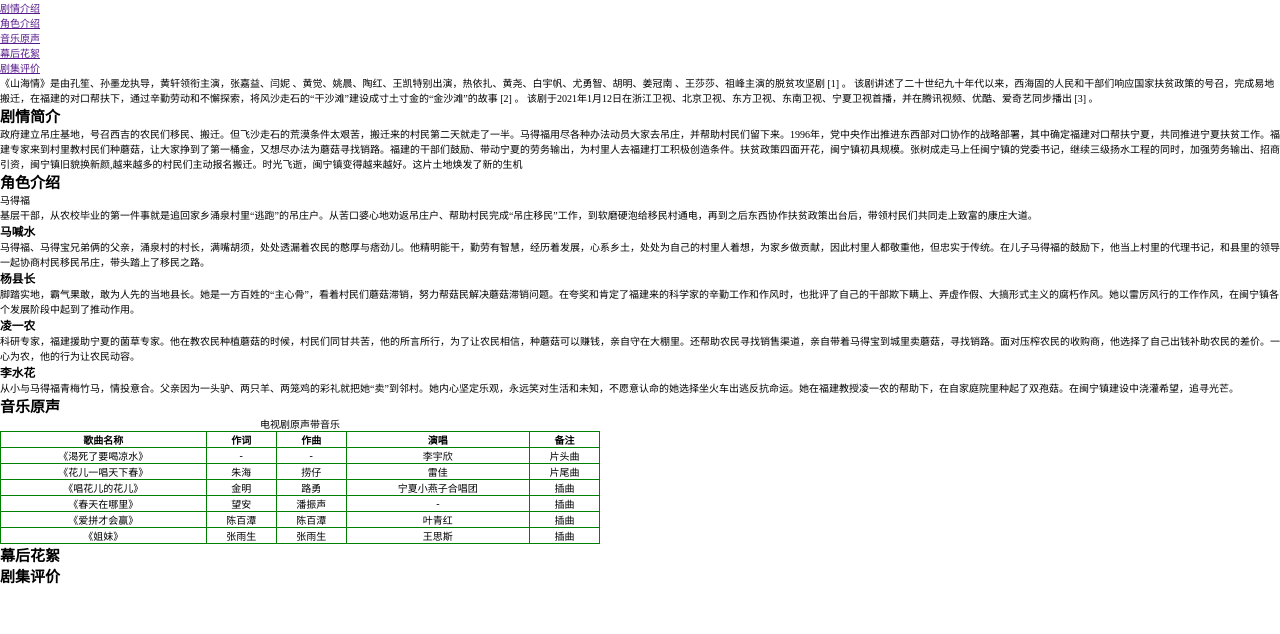
Repository: Lixianlai-2/static-website
Page: index.html
The author's editor kept a copy of each file at every save. The page is drawn from the files as they stood at one save, then again after the next save.
The browser window is 1280 px wide. The pictures show the whole page.

Above is the page before, as saved 2021-11-30 20:05:15.

### index.html
<!DOCTYPE html>
<html lang="zh-CN">
  <head>
    <meta charset="UTF-8" />
    <meta http-equiv="X-UA-Compatible" content="IE=edge" />
    <meta
      name="viewport"
      content="width=device-width, initial-scale=1.0"
      content="ie=edge"
    />
    <title>山海情</title>

    <style>
      * {
        margin: 0;
        padding: 0;
        box-sizing: border-box;
      }

      body {
        font-size: 10px;
      }

      img {
        max-width: 100%;
      }

      table {
        text-align: center;
        max-width: 100%;
        width: 600px;
        table-layout: auto;
        border-collapse: collapse;
        border-spacing: 0;
      }

      th,
      td {
        border: 1px solid green;
      }
    </style>
  </head>
  <body>
    <nav>
      <ol>
        <li><a href="">剧情介绍</a></li>
        <li><a href="">角色介绍</a></li>
        <li><a href="">音乐原声</a></li>
        <li><a href="">幕后花絮</a></li>
        <li><a href="">剧集评价</a></li>
      </ol>
    </nav>

    <p>
      《山海情》是由孔笙、孙墨龙执导，黄轩领衔主演，张嘉益、闫妮
      、黄觉、姚晨、陶红、王凯特别出演，热依扎、黄尧、白宇帆、尤勇智、胡明、姜冠南
      、王莎莎、祖峰主演的脱贫攻坚剧 [1] 。
      该剧讲述了二十世纪九十年代以来，西海固的人民和干部们响应国家扶贫政策的号召，完成易地搬迁，在福建的对口帮扶下，通过辛勤劳动和不懈探索，将风沙走石的“干沙滩”建设成寸土寸金的“金沙滩”的故事
      [2] 。
      该剧于2021年1月12日在浙江卫视、北京卫视、东方卫视、东南卫视、宁夏卫视首播，并在腾讯视频、优酷、爱奇艺同步播出
      [3] 。
    </p>

    <h2>剧情简介</h2>
    <p>
      政府建立吊庄基地，号召西吉的农民们移民、搬迁。但飞沙走石的荒漠条件太艰苦，搬迁来的村民第二天就走了一半。马得福用尽各种办法动员大家去吊庄，并帮助村民们留下来。1996年，党中央作出推进东西部对口协作的战略部署，其中确定福建对口帮扶宁夏，共同推进宁夏扶贫工作。福建专家来到村里教村民们种蘑菇，让大家挣到了第一桶金，又想尽办法为蘑菇寻找销路。福建的干部们鼓励、带动宁夏的劳务输出，为村里人去福建打工积极创造条件。扶贫政策四面开花，闽宁镇初具规模。张树成走马上任闽宁镇的党委书记，继续三级扬水工程的同时，加强劳务输出、招商引资，闽宁镇旧貌换新颜,越来越多的村民们主动报名搬迁。时光飞逝，闽宁镇变得越来越好。这片土地焕发了新的生机
    </p>

    <h2>角色介绍</h2>
    <ul>
      <li>
        <p>马得福</p>
        <p>
          基层干部，从农校毕业的第一件事就是追回家乡涌泉村里“逃跑”的吊庄户。从苦口婆心地劝返吊庄户、帮助村民完成“吊庄移民”工作，到软磨硬泡给移民村通电，再到之后东西协作扶贫政策出台后，带领村民们共同走上致富的康庄大道。
        </p>
      </li>
      <li>
        <h3>马喊水</h3>
        <p>
          马得福、马得宝兄弟俩的父亲，涌泉村的村长，满嘴胡须，处处透漏着农民的憨厚与痞劲儿。他精明能干，勤劳有智慧，经历着发展，心系乡土，处处为自己的村里人着想，为家乡做贡献，因此村里人都敬重他，但忠实于传统。在儿子马得福的鼓励下，他当上村里的代理书记，和县里的领导一起协商村民移民吊庄，带头踏上了移民之路。
        </p>
      </li>
      <li>
        <h3>杨县长</h3>
        <p>
          脚踏实地，霸气果敢，敢为人先的当地县长。她是一方百姓的“主心骨”，看着村民们蘑菇滞销，努力帮菇民解决蘑菇滞销问题。在夸奖和肯定了福建来的科学家的辛勤工作和作风时，也批评了自己的干部欺下瞒上、弄虚作假、大搞形式主义的腐朽作风。她以雷厉风行的工作作风，在闽宁镇各个发展阶段中起到了推动作用。
        </p>
      </li>
      <li>
        <h3>凌一农</h3>
        <p>
          科研专家，福建援助宁夏的菌草专家。他在教农民种植蘑菇的时候，村民们同甘共苦，他的所言所行，为了让农民相信，种蘑菇可以赚钱，亲自守在大棚里。还帮助农民寻找销售渠道，亲自带着马得宝到城里卖蘑菇，寻找销路。面对压榨农民的收购商，他选择了自己出钱补助农民的差价。一心为农，他的行为让农民动容。
        </p>
      </li>
      <li>
        <h3>李水花</h3>
        <p>
          从小与马得福青梅竹马，情投意合。父亲因为一头驴、两只羊、两笼鸡的彩礼就把她“卖”到邻村。她内心坚定乐观，永远笑对生活和未知，不愿意认命的她选择坐火车出逃反抗命运。她在福建教授凌一农的帮助下，在自家庭院里种起了双孢菇。在闽宁镇建设中浇灌希望，追寻光芒。
        </p>
      </li>
    </ul>

    <h2>音乐原声</h2>
    <table>
      <caption>
        电视剧原声带音乐
      </caption>
      <thead>
        <tr>
          <th>歌曲名称</th>
          <th>作词</th>
          <th>作曲</th>
          <th>演唱</th>
          <th>备注</th>
        </tr>
      </thead>
      <tbody>
        <tr>
          <td>《渴死了要喝凉水》</td>
          <td>-</td>
          <td>-</td>
          <td>李宇欣</td>
          <td>片头曲</td>
        </tr>
        <tr>
          <td>《花儿一唱天下春》</td>
          <td>朱海</td>
          <td>捞仔</td>
          <td>雷佳</td>
          <td>片尾曲</td>
        </tr>
        <tr>
          <td>《唱花儿的花儿》</td>
          <td>金明</td>
          <td>路勇</td>
          <td>宁夏小燕子合唱团</td>
          <td>插曲</td>
        </tr>
        <tr>
          <td>《春天在哪里》</td>
          <td>望安</td>
          <td>潘振声</td>
          <td>-</td>
          <td>插曲</td>
        </tr>
        <tr>
          <td>《爱拼才会赢》</td>
          <td>陈百潭</td>
          <td>陈百潭</td>
          <td>叶青红</td>
          <td>插曲</td>
        </tr>
        <tr>
          <td>《姐妹》</td>
          <td>张雨生</td>
          <td>张雨生</td>
          <td>王思斯</td>
          <td>插曲</td>
        </tr>
      </tbody>
      <tfoot></tfoot>
    </table>

    <h2>幕后花絮</h2>
    <h2>剧集评价</h2>
  </body>
</html>

After the next save:
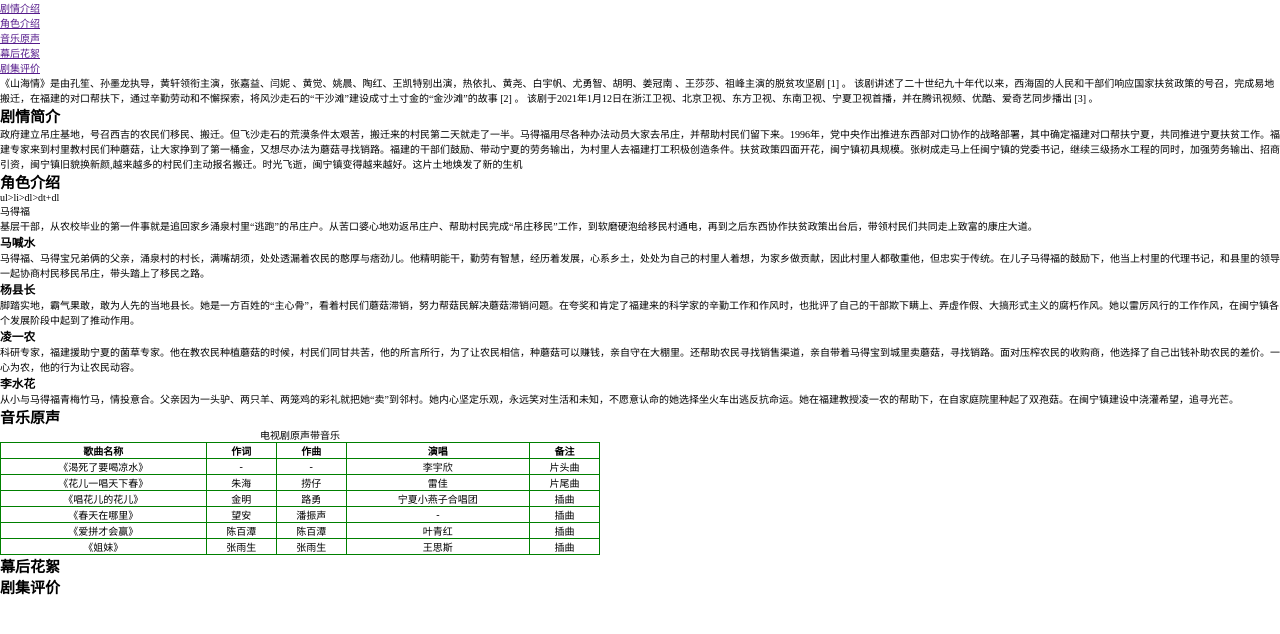
Saved 3 min 44 s later.
--- a/index.html
+++ b/index.html
@@ -67,6 +67,8 @@
     </p>
 
     <h2>角色介绍</h2>
+    ul>li>dl>dt+dl
+
     <ul>
       <li>
         <p>马得福</p>
